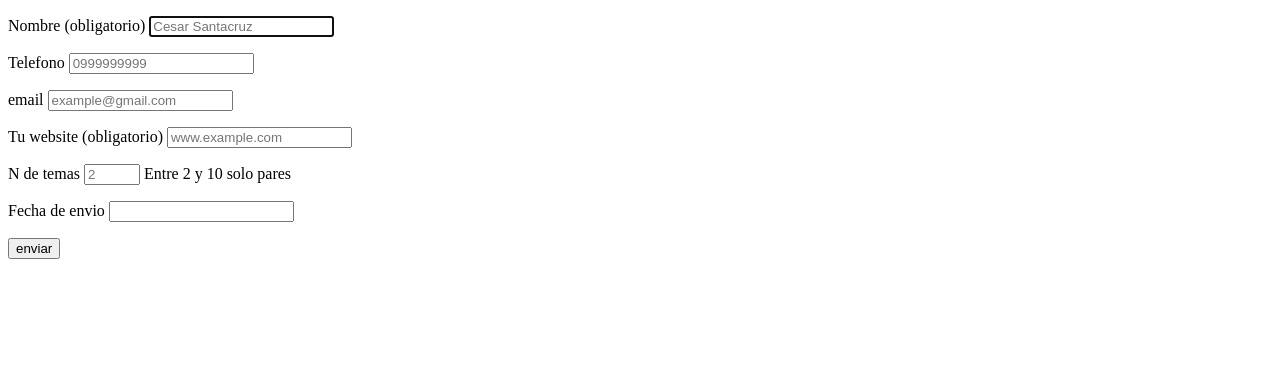
Repository: cesarsant0203/My_Study
Page: Introducción al desarrollo web/formulario.html
These files come from the project's save history. The page is drawn as it stood at one moment and after the next save; the edit follows.
The browser window is 1280 px wide. The pictures show the whole page.

Above is the page before, as saved 2020-04-27 19:39:38.

After the next save:
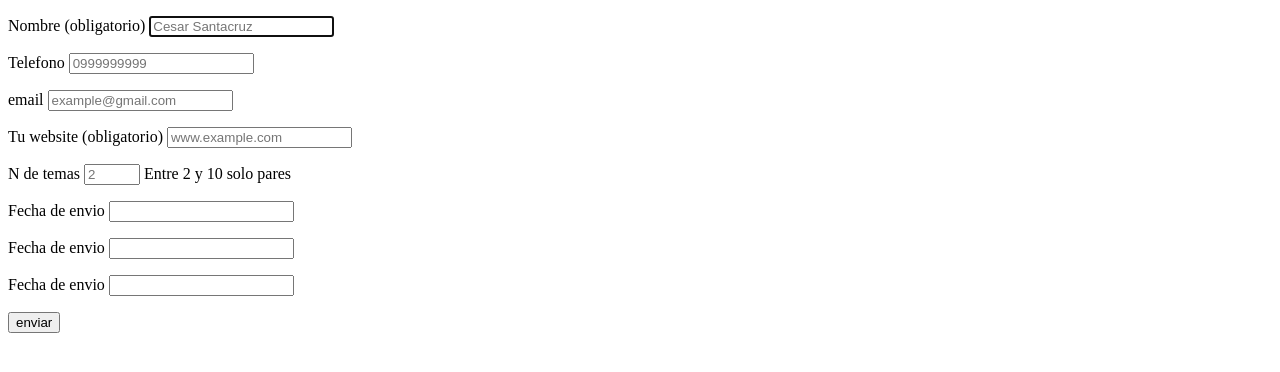
Saved 34 s later.
--- a/Introducción al desarrollo web/formulario.html
+++ b/Introducción al desarrollo web/formulario.html
@@ -52,7 +52,14 @@
             <label for="deliverydate"> Fecha de envio</label>
             <input type="text" name="deliverydate" id="deliverydate" min="2000-08-27">
         </p>
-
+        <p>
+            <label for="deliverydate"> Fecha de envio</label>
+            <input type="text" name="deliverydate" id="deliverydate" min="2000-08-27">
+        </p>
+        <p>
+            <label for="deliverydate"> Fecha de envio</label>
+            <input type="text" name="deliverydate" id="deliverydate" min="2000-08-27">
+        </p>
         <input type="submit" value="enviar">
 
     </form>
